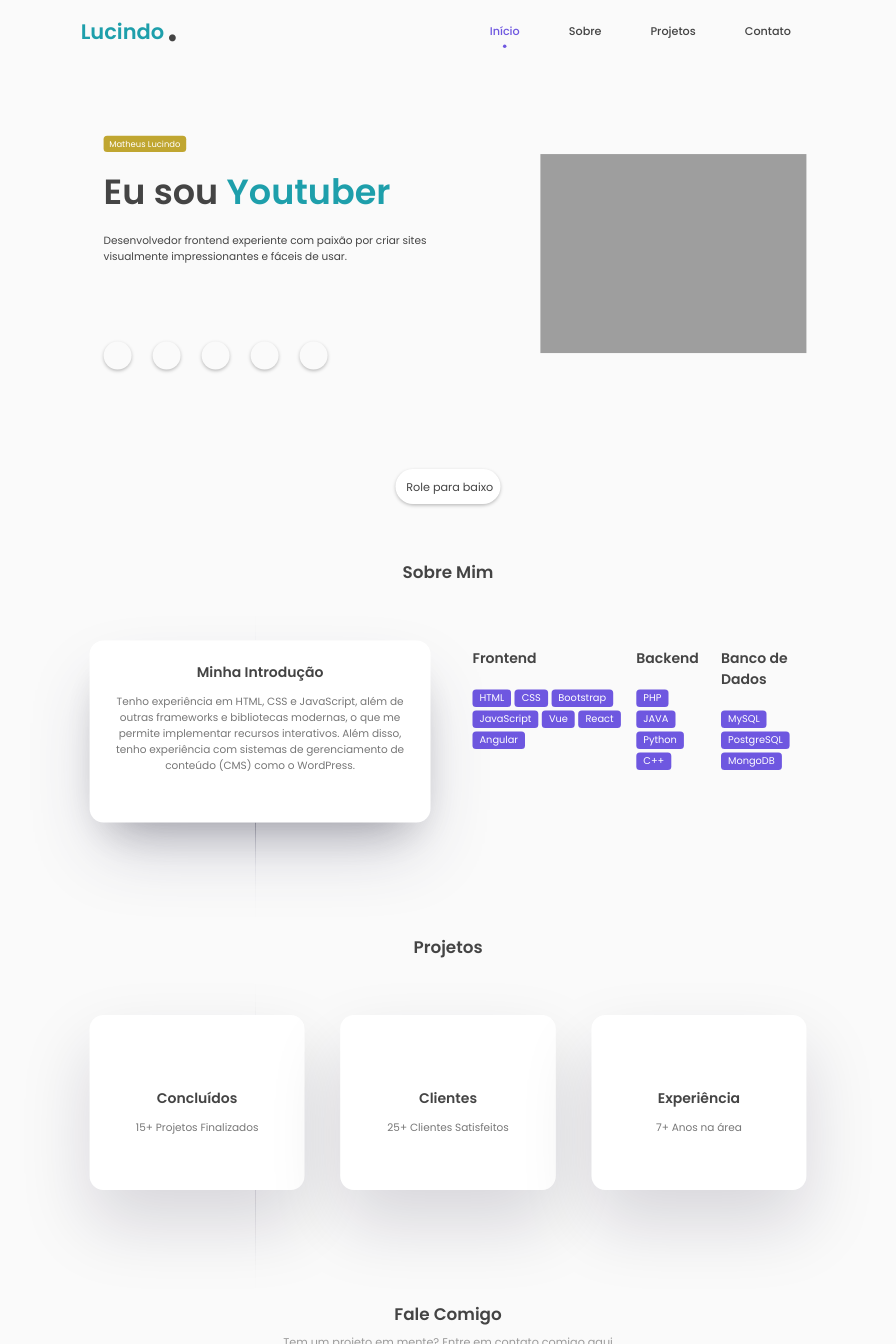
Repository: Matheus904-12/PrePortf
Page: index.html
An editor plug-in stored every save of this project. The page is shown before and after a run of saves, followed by the edit.
The browser window is 1280 px wide. The pictures show the part of the page from y = 0 to 1920 px (the page is 2790 px tall), at 70% of full size.
Pictures or frames that could not be fetched are drawn as grey boxes. Some icons come from a web library that is not loaded, so they are not drawn.

Above is the page before, as saved 2023-09-29 10:50:29.

After the next 2 saves:
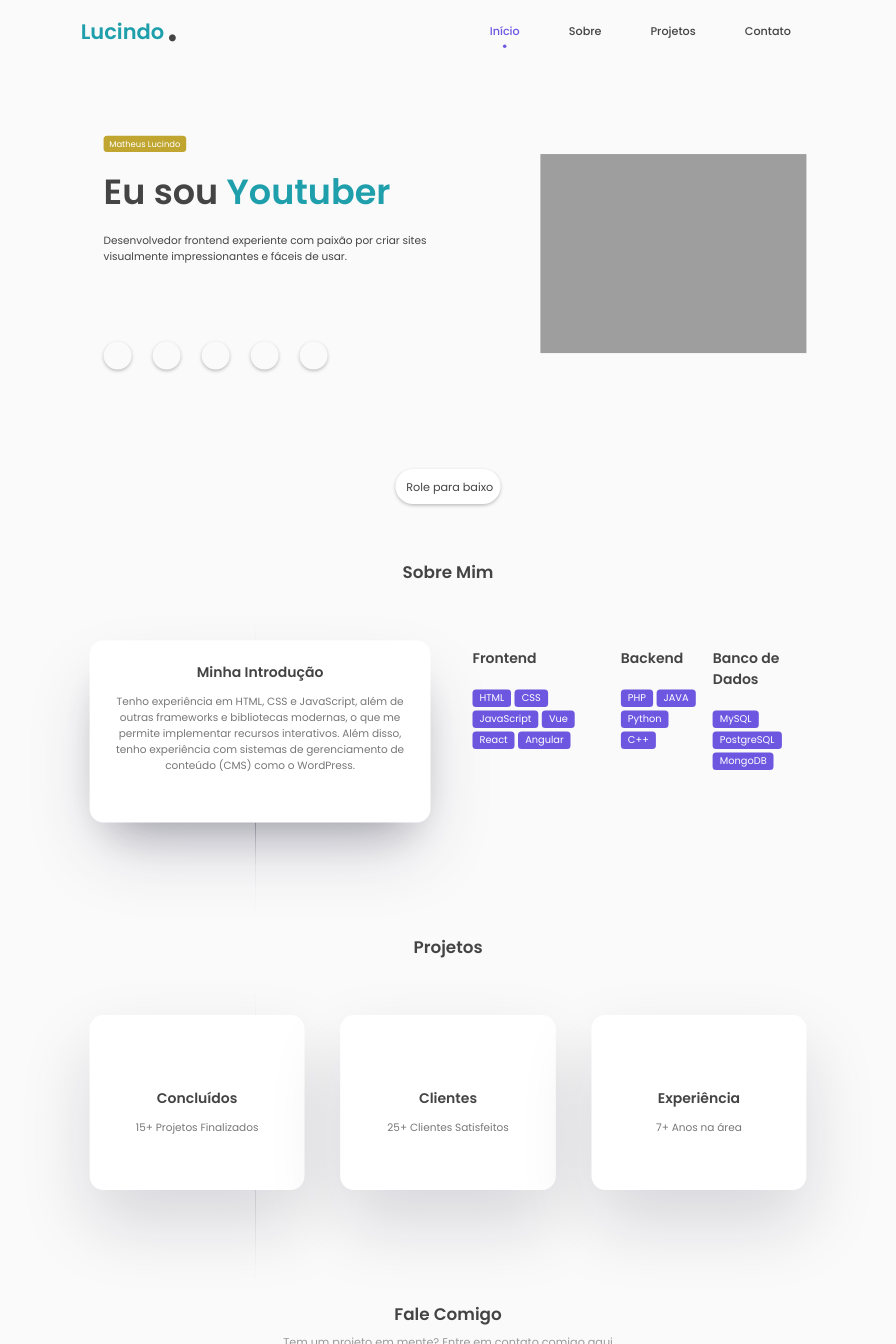
The 2 saves are shown as one change because they came seconds apart.
The last was saved 58 s later.
--- a/index.html
+++ b/index.html
@@ -110,7 +110,6 @@
                             <div class="skills-list">
                                 <span>HTML</span>
                                 <span>CSS</span>
-                                <span>Bootstrap</span>
                                 <span>JavaScript</span>
                                 <span>Vue</span>
                                 <span>React</span>
